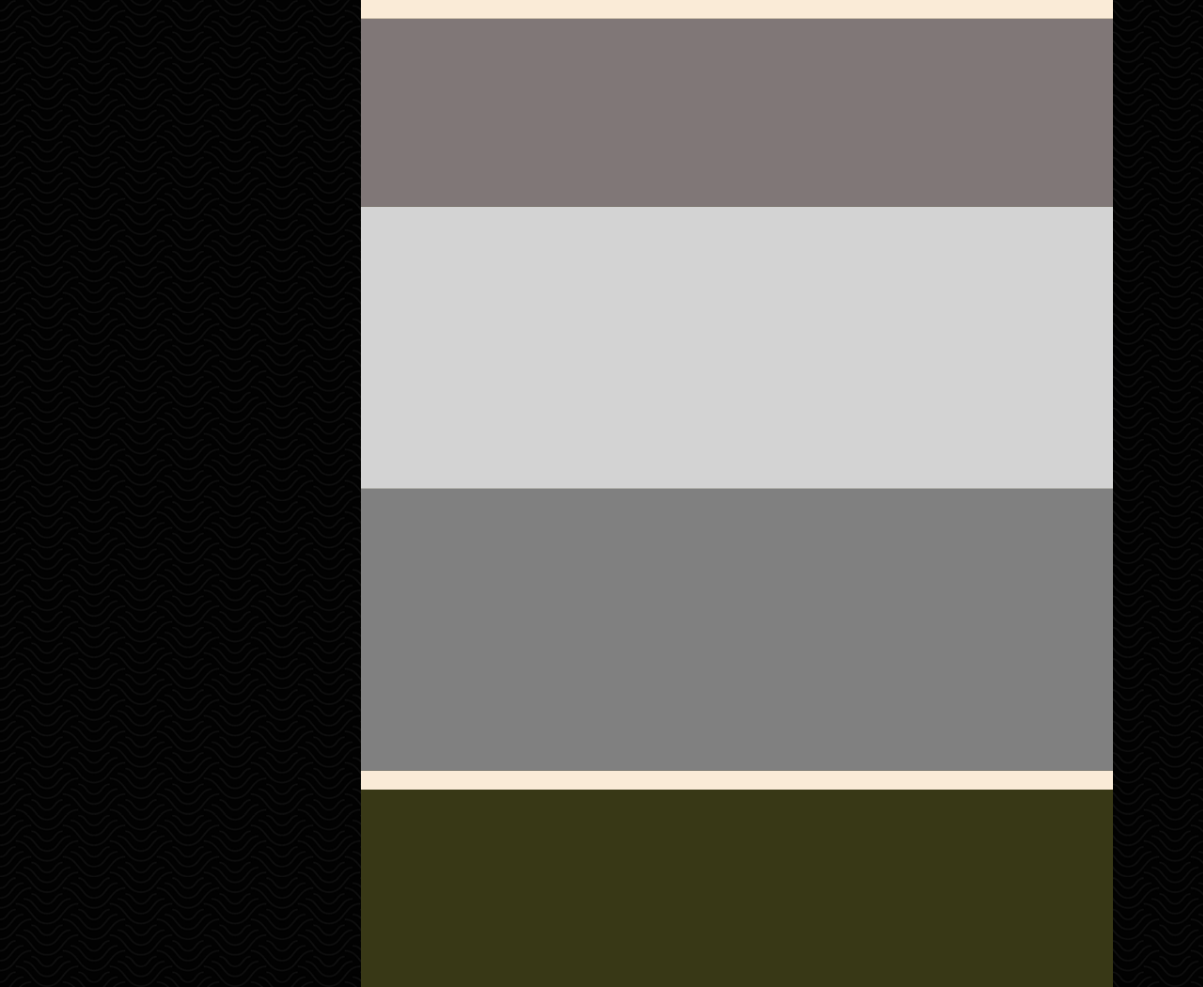
Repository: roge64/htmlfrontend
Page: index.html
These files come from the project's save history. The page is drawn as it stood at one moment and after the next save; the edit follows.
The browser window is 1280 px wide. The pictures show the whole page, at 94% of full size.

Above is the page before, as saved 2022-03-02 11:49:57.

### index.html
<!DOCTYPE html>
<html lang="en">
<head>
    <meta charset="UTF-8">
    <meta http-equiv="X-UA-Compatible" content="IE=edge">
    <meta name="viewport" content="width=device-width, initial-scale=1.0">
    <title>3 Cakes</title>
    <link rel="stylesheet" href="estilos/estilos.css">
</head>

<body>

<!-- <div>
 -->
    <section id="container">

        <header>
        <!-- <h1><img src="" alt="logo.png"></h1> -->
        </header>

        <section id="banner">

        </section>

        <section id="noticias">

        </section>

        <section id="tienda">
            <article id="cake1"></article>
            <article id="cake2"></article>
            <article id="cake3"></article>

        </section>

        <section id="marcas">

        </section>

        <footer>

        </footer>

    </section>
<!-- </div> -->

</body>

</html>

### estilos/estilos.css
*{
    border: 0 ;
    margin: 0 ;
    padding: 0;
}

body{
    background-color: rgb(0, 0, 0);
    width:40%;
    margin-left:auto;
    margin-right:auto;
    background-image: url("/img/papyrus-dark.png");
}

#container, header, #banner, #noticias, #tienda,footer{
    background-color:rgb(56, 56, 22);
    height: 1050px;
    width: 800px;

}

header{
    background-color:antiquewhite;

    height: 20px;

}

#banner{
    background-color:rgb(128, 119, 119) ;

    height: 200px;
}


#noticias{
    background-color: lightgray;

    height: 300px;
}

#tienda{
    background-color: grey;

    height: 300px;
}

footer{
    background-color:antiquewhite;

    height: 20px;
}

#tienda #cake1{
    backgroun: rgb(109, 175, 33)
    width: 260px;
    height: 200px;
    display: inline-block;
    vertical-align: top;
}

#tienda #cake2{
    backgroun: rgb(67, 57, 211)
    width: 260px;
    height: 200px;
    display: inline-block;
    vertical-align: top;
}

#tienda #cake3{
    backgroun: rgb(223, 33, 33)
    width: 260px;
    height: 200px;
    display: inline-block;
    vertical-align: top;
}

After the next save:
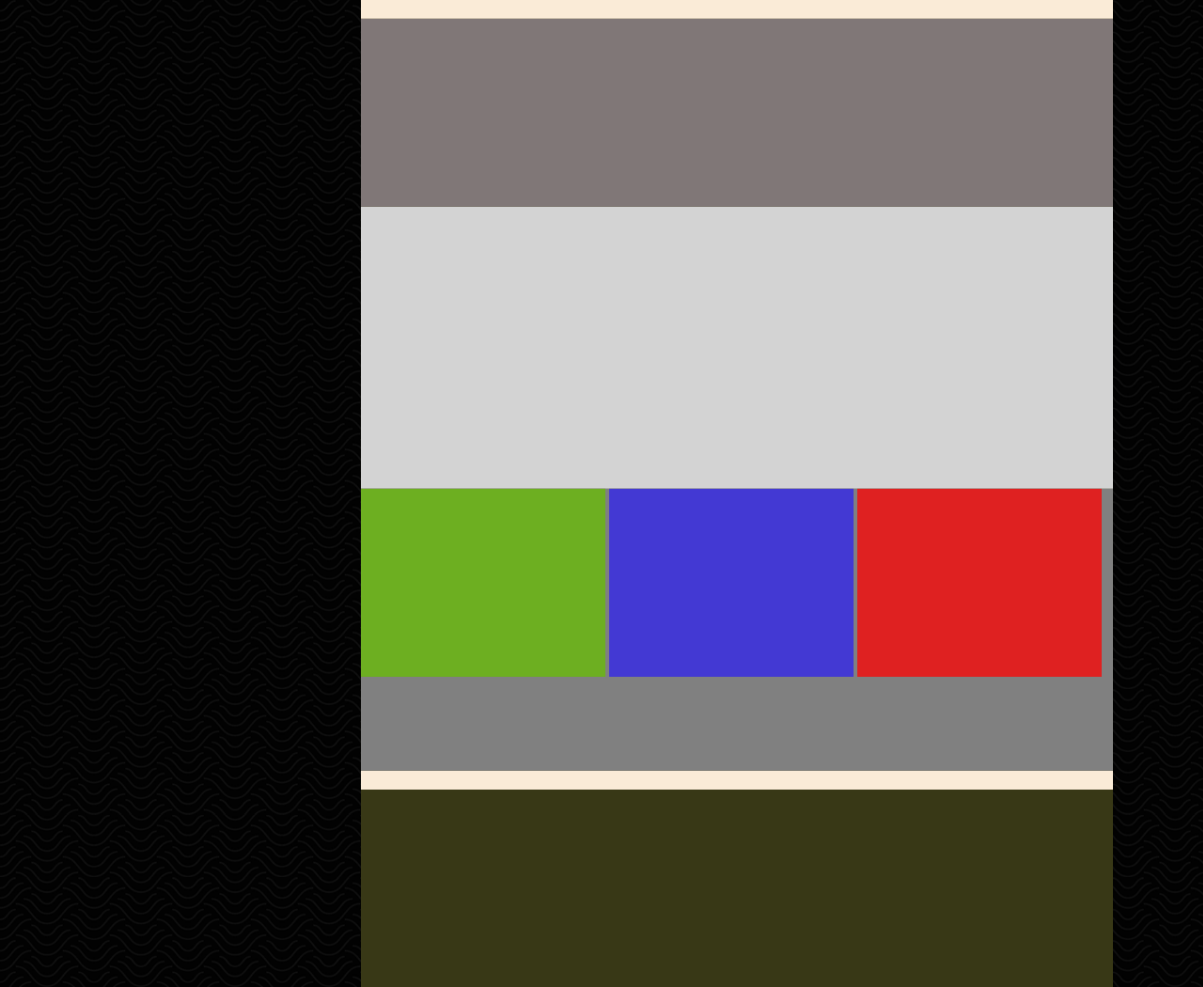
Saved 6 min 41 s later.
--- a/estilos/estilos.css
+++ b/estilos/estilos.css
@@ -52,7 +52,7 @@
 }
 
 #tienda #cake1{
-    backgroun: rgb(109, 175, 33)
+    background: rgb(109, 175, 33);
     width: 260px;
     height: 200px;
     display: inline-block;
@@ -60,7 +60,7 @@
 }
 
 #tienda #cake2{
-    backgroun: rgb(67, 57, 211)
+    background: rgb(67, 57, 211);
     width: 260px;
     height: 200px;
     display: inline-block;
@@ -68,7 +68,7 @@
 }
 
 #tienda #cake3{
-    backgroun: rgb(223, 33, 33)
+    background: rgb(223, 33, 33);
     width: 260px;
     height: 200px;
     display: inline-block;
